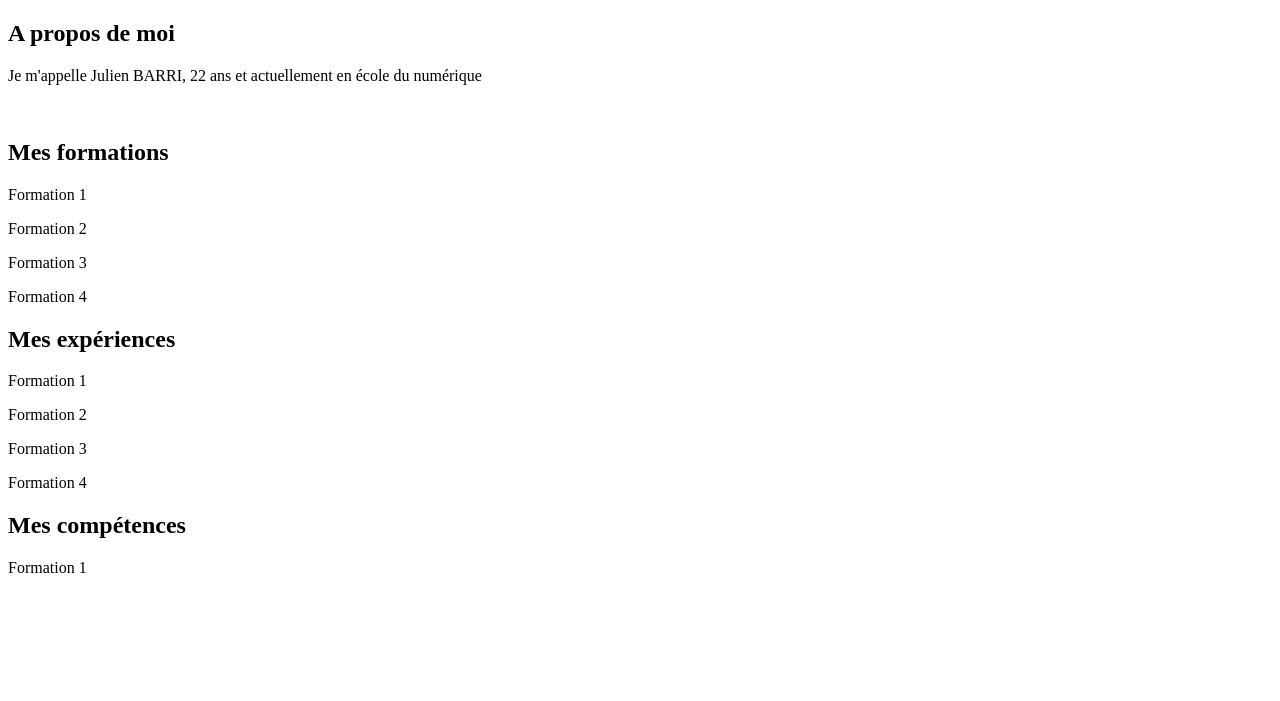
Repository: barridev/cours_devops.github.io
Page: index.html
These files come from the project's save history. The page is drawn as it stood at one moment and after a run of saves; the edit follows.
The browser window is 1280 px wide. The pictures show the whole page.

Above is the page before, as saved 2022-06-13 14:59:01.

After the next 2 saves:
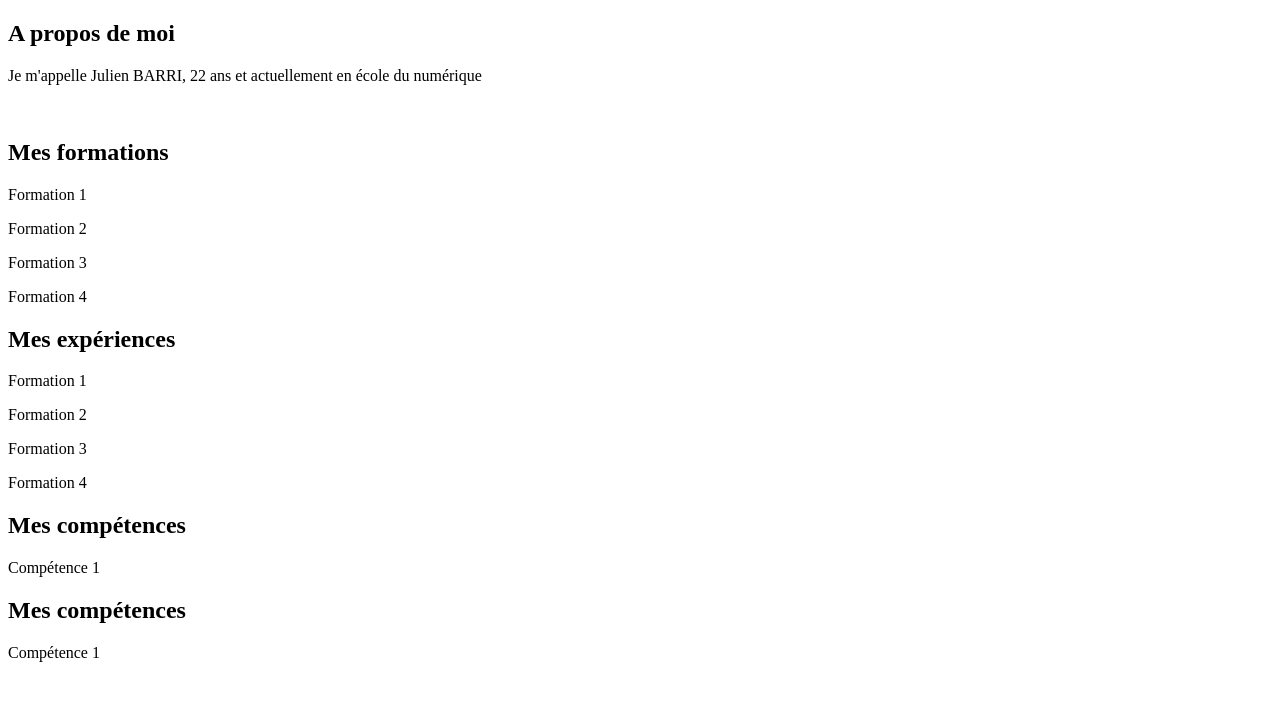
The 2 saves are shown as one change because they came seconds apart.
The last was saved 9 s later.
--- a/index.html
+++ b/index.html
@@ -33,7 +33,13 @@
 
     <section>
         <h2> Mes compétences</h2>
-        <p>Formation 1</p>
+        <p>Compétence 1</p>
+
+    </section>
+
+    <section>
+        <h2> Mes compétences</h2>
+        <p>Compétence 1</p>
 
     </section>
 
